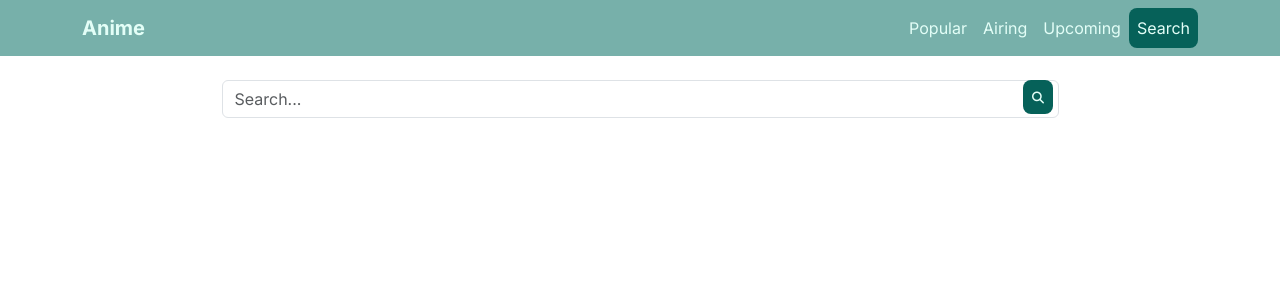
Repository: YomnaWegdan/anime
Page: /search
The author's editor kept a copy of each file at every save. The page is drawn from the files as they stood at one save, then again after the next save.
The browser window is 1280 px wide. The pictures show the whole page.
The project was rebuilt for these pictures with package versions that can differ from the ones it lists, and the page was loaded fresh each time. The framework's server and built-in components were replaced by stand-ins that run in the browser. Also part of the build but not shown: next.config.mjs, src/app/animateCard/animateCard.jsx.

Above is the page before, as saved 2024-05-17 21:56:15.

After the next save:
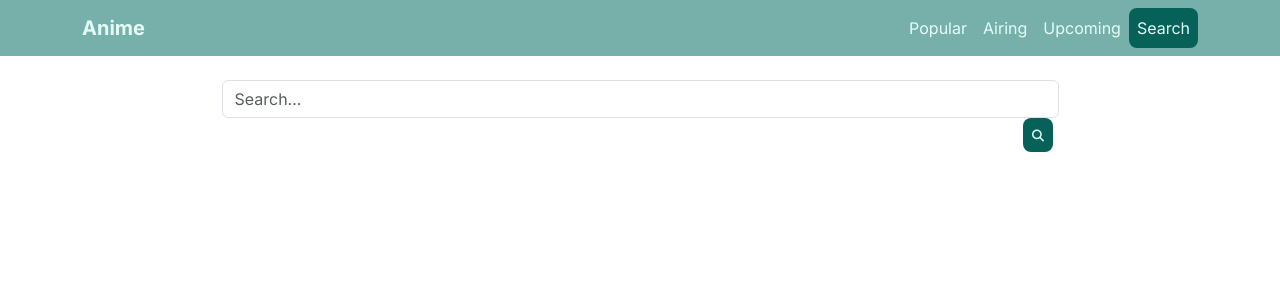
Saved 7 s later.
--- a/src/app/(components)/search/page.jsx
+++ b/src/app/(components)/search/page.jsx
@@ -35,7 +35,7 @@ const handleSubmit = async (e) =>{
     <div className=' position-relative'>
       <input className=' form-control  w-75 mx-auto ' placeholder='Search...'   onChange={handleChange}
       value={searchValue}/>
-      <button type='submit' className='search-btn btn bg-link px-2 py-1 position-absolute top-0  ' onClick={handleSubmit}>
+      <button type='submit' className='search-btn btn bg-link px-2 py-1 position-absolute   ' onClick={handleSubmit}>
       <i className="fa-solid fa-magnifying-glass light-color fa-xs"></i>
       </button>
     </div>
